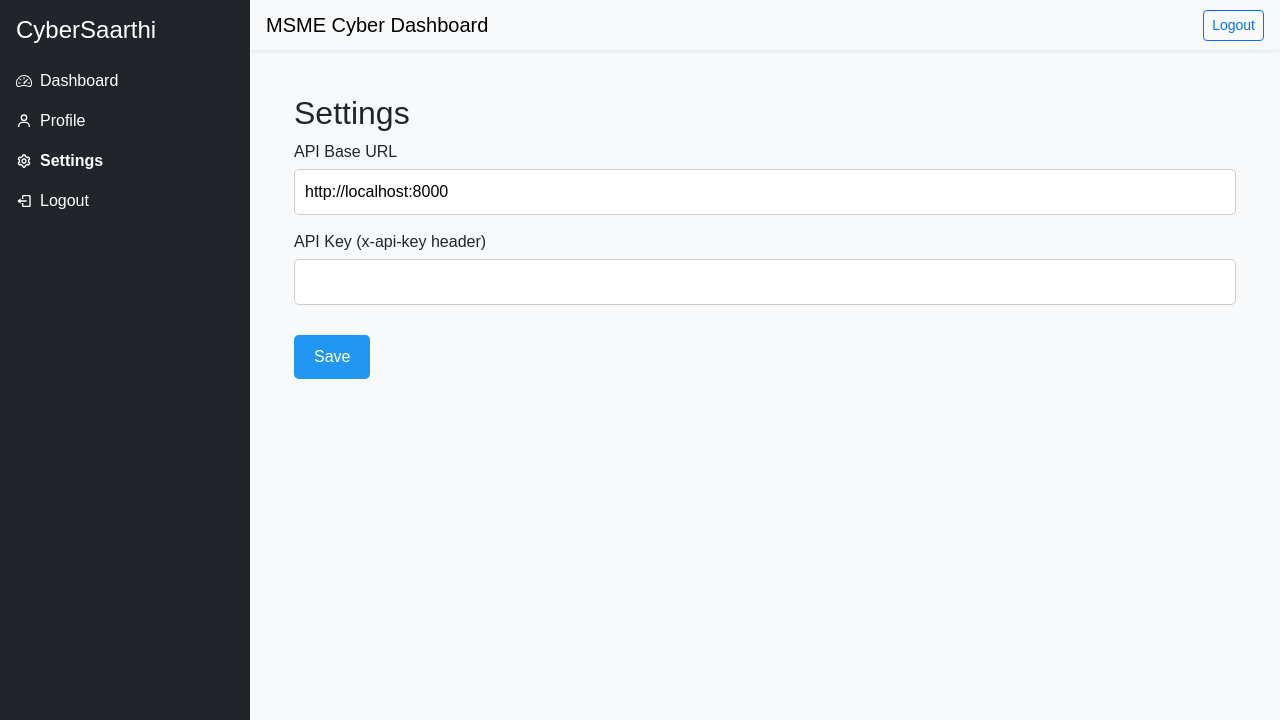
Repository: riyaaaa19/CyberSaarthi
Page: /settings (app in frontend/)
The author's editor kept a copy of each file at every save. The page is drawn from the files as they stood at one save, then again after the next save.
The browser window is 1280 px wide. The pictures show the whole page.
The project was rebuilt for these pictures with package versions that can differ from the ones it lists, and the page was loaded fresh each time. Also part of the build but not shown: frontend/vite.config.ts, frontend/src/pages/Dashboard.js, frontend/src/pages/Invoice.js, frontend/src/pages/Reports.js.

Above is the page before, as saved 2025-08-20 23:20:39.

After the next save:
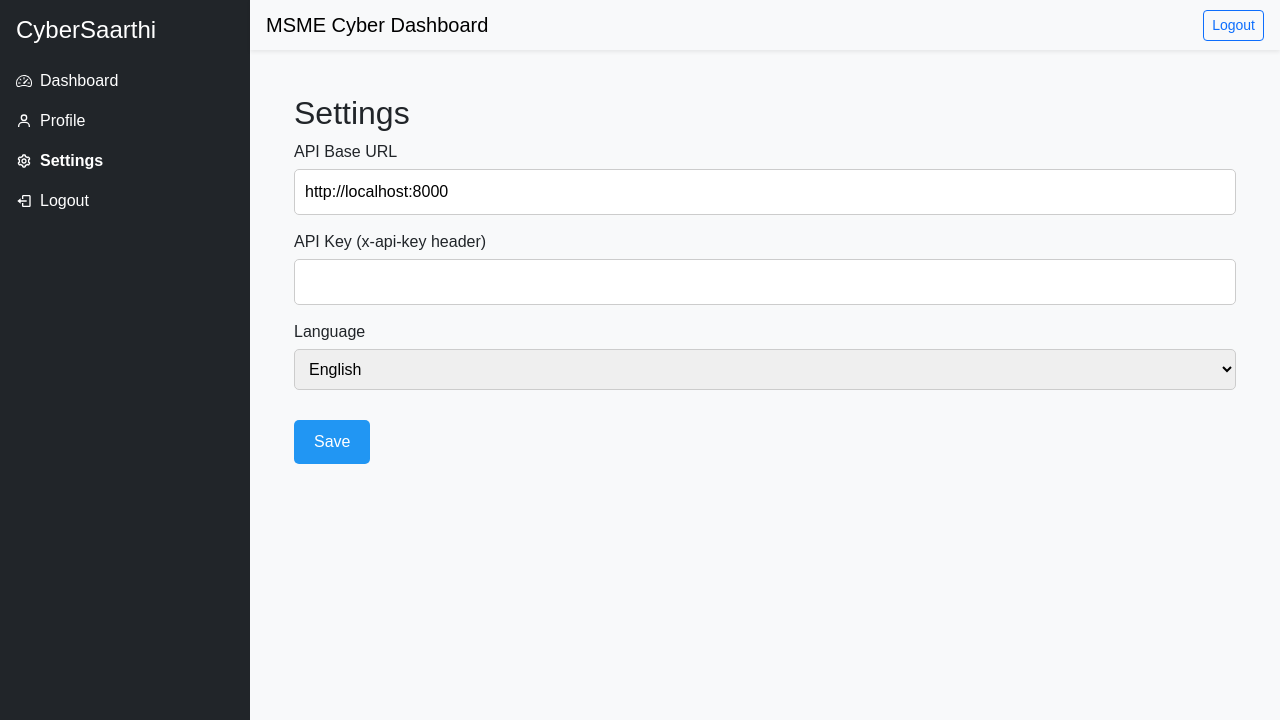
Saved 110 s later.
--- a/frontend/src/pages/Settings.js
+++ b/frontend/src/pages/Settings.js
@@ -1,31 +1,39 @@
 import React, { useState } from "react";
 import { setRuntimeConfig, API_BASE } from "../services/api";
+import { setLang, t } from "../i18n";
 
 function Settings() {
   const [apiBase, setApiBase] = useState(window.localStorage.getItem('API_BASE') || API_BASE || "http://localhost:8000");
   const [apiKey, setApiKey] = useState(window.localStorage.getItem('API_KEY') || "");
+  const [lang, setLanguage] = useState(window.localStorage.getItem("LANG") || "en");
 
-  const container = { padding:"20px" };
   const inputStyle = { width:"100%", padding:"10px", border:"1px solid #ccc", borderRadius:"5px", marginTop:"5px" };
   const buttonStyle = { marginTop:"15px", padding:"10px 20px", border:"none", borderRadius:"5px", background:"#2196f3", color:"white", cursor:"pointer" };
 
   const save = () => {
     setRuntimeConfig({ apiBase, apiKey });
-    alert("Settings saved. Reload the page for changes to take full effect.");
+    setLang(lang);
   };
 
   return (
-    <div style={container}>
-      <h2>Settings</h2>
+    <div style={{ padding:"20px" }}>
+      <h2>{t("settings.title")}</h2>
       <div style={{ marginBottom:"15px" }}>
-        <label>API Base URL</label>
+        <label>{t("settings.apiBase")}</label>
         <input style={inputStyle} value={apiBase} onChange={(e)=>setApiBase(e.target.value)} />
       </div>
       <div style={{ marginBottom:"15px" }}>
-        <label>API Key (x-api-key header)</label>
+        <label>{t("settings.apiKey")}</label>
         <input style={inputStyle} value={apiKey} onChange={(e)=>setApiKey(e.target.value)} />
       </div>
-      <button style={buttonStyle} onClick={save}>Save</button>
+      <div style={{ marginBottom:"15px" }}>
+        <label>Language</label>
+        <select style={inputStyle} value={lang} onChange={(e)=>setLanguage(e.target.value)}>
+          <option value="en">English</option>
+          <option value="hi">हिंदी</option>
+        </select>
+      </div>
+      <button style={buttonStyle} onClick={save}>{t("settings.save")}</button>
     </div>
   );
 }
